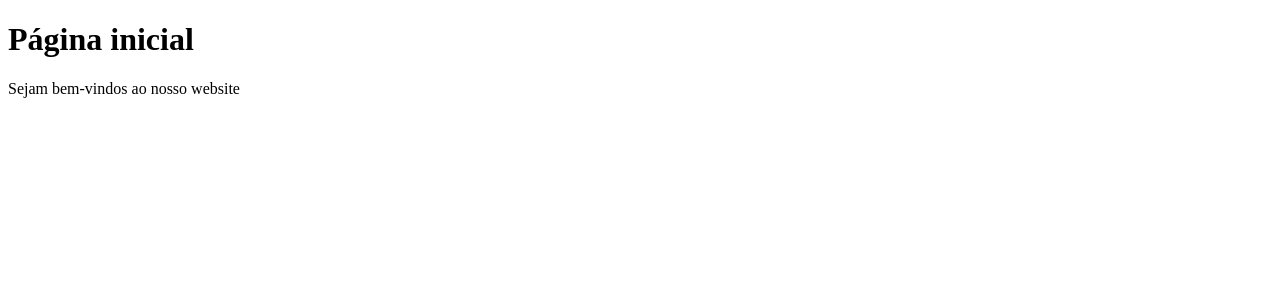
Repository: Mcecy/desafio-mergeconflict
Page: index.html
These files come from the project's save history. The page is drawn as it stood at one moment and after the next save; the edit follows.
The browser window is 1280 px wide. The pictures show the whole page.

Above is the page before, as saved 2022-12-03 21:02:35.

### index.html
<!DOCTYPE html>
<html lang="en">
<head>
<meta charset="UTF-8">
<meta http-equiv="X-UA-Compatible" content="IE=edge">
<meta name="viewport" content="width=device-width, initial-scale=1.0">
<title>Document</title>
</head>
<body>
<h1>Página inicial</h1>
<p>Sejam bem-vindos ao nosso website</p>
</body>
</html>

After the next save:
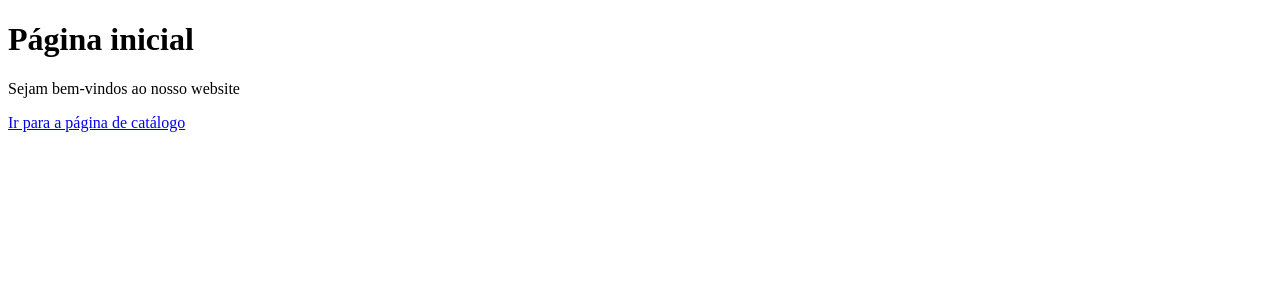
Saved 7 s later.
--- a/index.html
+++ b/index.html
@@ -9,5 +9,6 @@
 <body>
 <h1>Página inicial</h1>
 <p>Sejam bem-vindos ao nosso website</p>
+<a href="catalogo.html">Ir para a página de catálogo</a>
 </body>
 </html>
